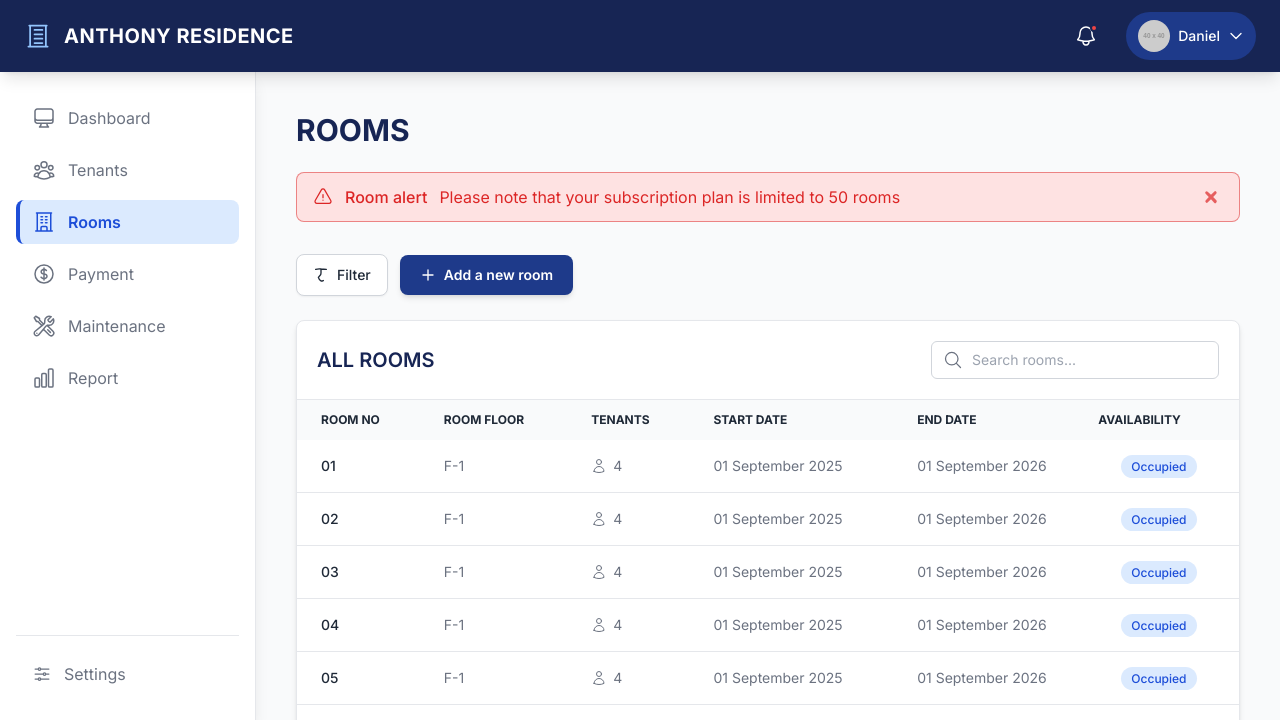
Repository: phyronsoftware-project/Room_Rental_Management_System
Page: http://localhost/rooms
An editor plug-in stored every save of this project. The page is shown before and after a run of saves, followed by the edit.
The browser window is 1280 px wide. The pictures show the whole page.
An inner scrolling area shows only its first screen. Some web libraries are served in a nearby version. The page is served by the project's Laravel application, run on PHP 8.4 with Laravel 12.

Above is the page before, as saved 2026-01-16 21:47:56.

After the next 3 saves:
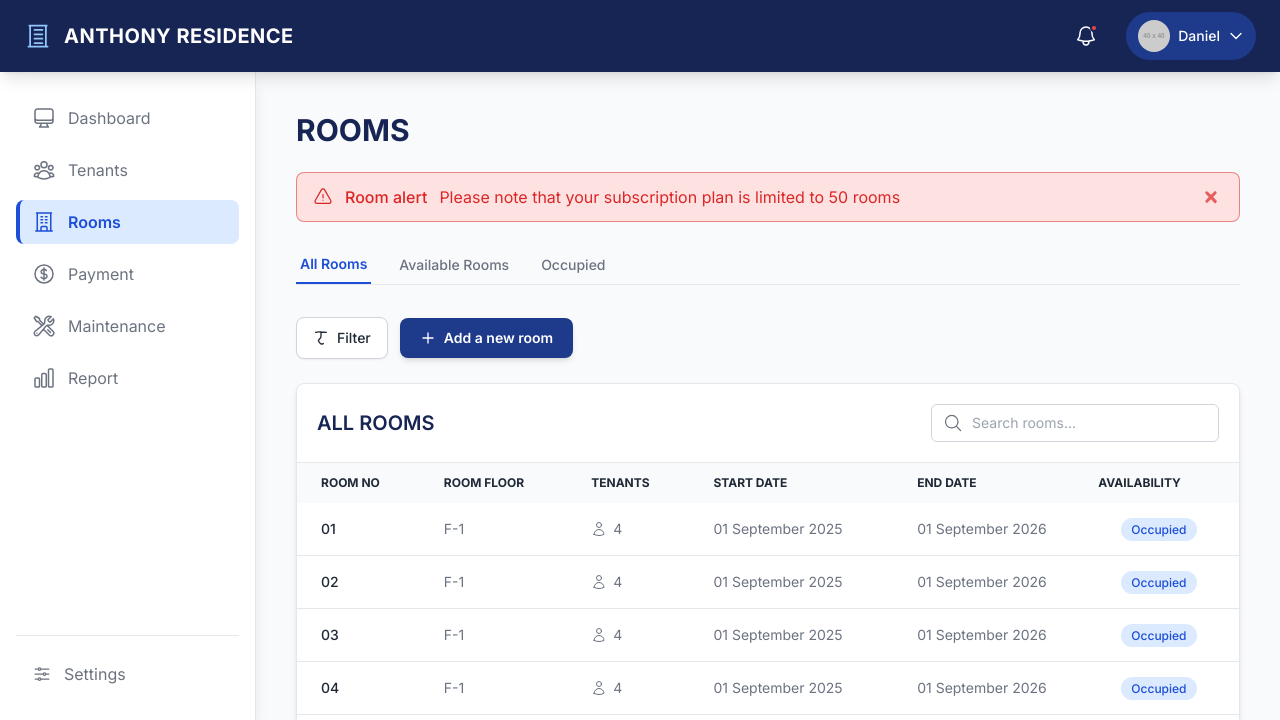
The 3 saves are shown as one change because they came seconds apart.
The last was saved 10 s later.
--- a/resources/views/rooms/all_rooms.blade.php
+++ b/resources/views/rooms/all_rooms.blade.php
@@ -37,7 +37,14 @@
             </div>
 
             <!-- Tabs and Filters -->
-
+            <div class="flex items-center gap-6 border-b border-gray-200">
+                <a href="#" class="py-2 px-1 text-sm font-semibold text-primary border-b-2 border-primary">All
+                    Rooms</a>
+                <a href="rooms_avail_rooms.php"
+                    class="py-2 px-1 text-sm font-medium text-text-mid hover:text-text-dark">Available Rooms</a>
+                <a href="rooms_occupied_rooms.php"
+                    class="py-2 px-1 text-sm font-medium text-text-mid hover:text-text-dark">Occupied</a>
+            </div>
             <div class="flex justify-between items-center pt-2">
                 <!-- Tabs -->
 
